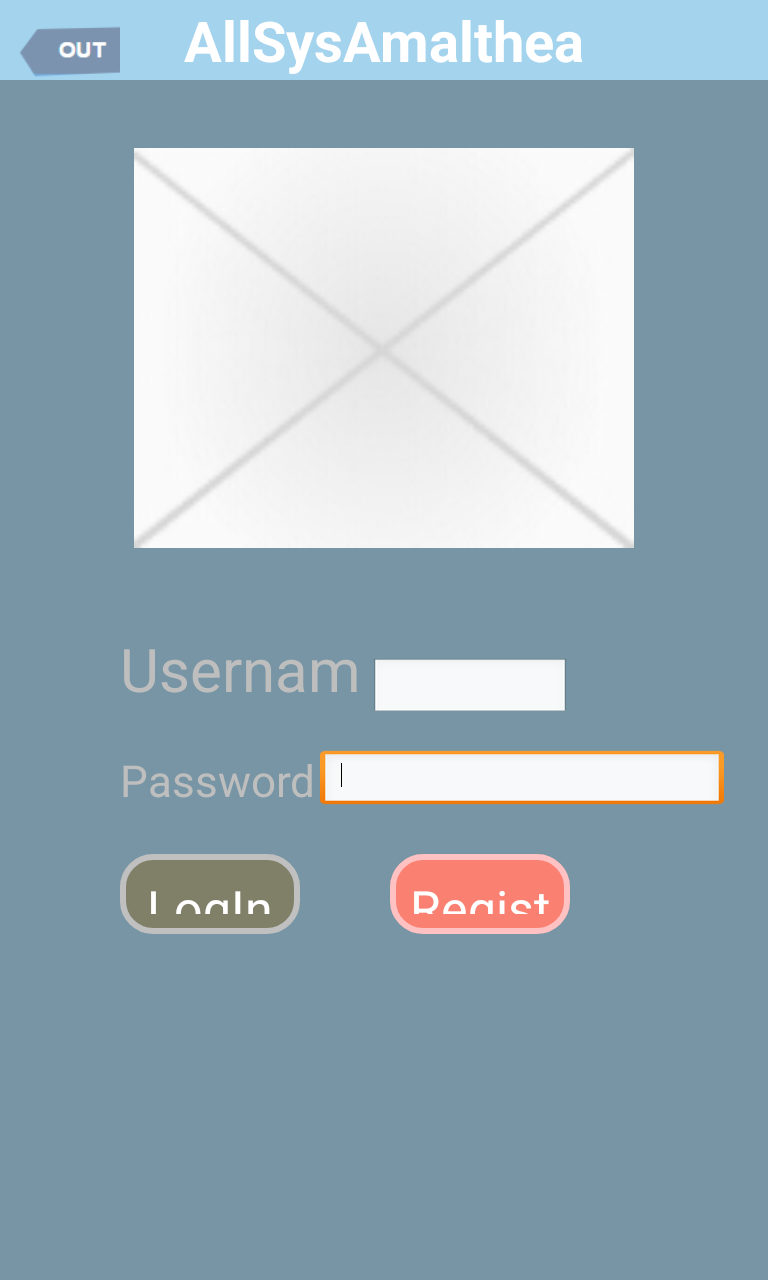
Repository: AllSysAmalthea/AllSys
Layout: APP/AppUI code/代码/Allsys/res/layout/activity_log_in.xml
These files come from the project's save history. The layout is drawn as it stood at one moment and after the next save; the edit follows.
It is drawn on a 768 x 1280 px phone screen (xhdpi) without system bars, with theme android:Theme.NoTitleBar; the app's code is not run.

Above is the layout before, as saved 2015-06-08 02:34:33.

### APP/AppUI code/代码/Allsys/res/layout/activity_log_in.xml
<RelativeLayout xmlns:android="http://schemas.android.com/apk/res/android"
    xmlns:tools="http://schemas.android.com/tools"
    android:layout_width="match_parent"
    android:layout_height="wrap_content"
    android:layout_gravity="center_horizontal"
    android:background="@drawable/back"
    android:gravity="top"
    tools:context=".LogInActivity" >

    <AbsoluteLayout
        android:id="@+id/linearLayout1"
        android:layout_width="fill_parent"
        android:layout_height="wrap_content"
        android:orientation="horizontal" >

        <TextView
            android:id="@+id/header_text"
            android:layout_width="fill_parent"
            android:layout_height="80px"
            android:layout_x="0px"
        	android:layout_y="0px"
            android:gravity="center"
            android:singleLine="true"
            android:text="AllSysAmalthea"
            android:background="#A4D3EE"
            android:textColor="#ffffff"
            android:textSize="28sp"
            android:textStyle="bold" />

        <ImageButton
            android:id="@+id/header_left_btn"
            android:layout_width="100px"
            android:layout_height="80px"
            android:layout_x="10dp"
            android:layout_y="4dp"
            android:background="@drawable/pic1" />

    </AbsoluteLayout>

    <TextView
        android:id="@+id/textView1"
        android:layout_width="250px"
        android:layout_height="90px"
        android:layout_alignParentLeft="true"
        android:layout_below="@+id/myImageView1"
        android:layout_marginLeft="60dp"
        android:layout_marginTop="40dp"
        android:text="Username"
        android:textSize="30sp" />

    <EditText
        android:id="@+id/Username"
        android:layout_width="200px"
        android:layout_height="60px"
        android:layout_above="@+id/textView2"
        android:layout_toRightOf="@+id/textView1"
        android:ems="10"
        android:inputType="textPersonName"
        android:textSize="22sp" />

    <TextView
        android:id="@+id/textView2"
        android:layout_width="200px"
        android:layout_height="60px"
        android:layout_alignLeft="@+id/textView1"
        android:layout_below="@+id/textView1"
        android:layout_marginTop="16dp"
        android:text="Password"
        android:textSize="22sp" />

    <EditText
        android:id="@+id/Password"
        android:layout_width="200px"
        android:layout_height="60px"
        android:layout_alignParentRight="true"
        android:layout_alignTop="@+id/textView2"
        android:layout_marginRight="22dp"
        android:layout_toRightOf="@+id/textView2"
        android:ems="10"
        android:inputType="textPassword"
        android:textSize="22sp" >

        <requestFocus />
    </EditText>

    <Button
        android:id="@+id/Login"
        android:layout_width="180px"
        android:layout_height="80px"
        android:layout_alignLeft="@+id/textView2"
        android:layout_below="@+id/textView2"
        android:layout_marginTop="22dp"
        android:background="@drawable/shape"
        android:text="LogIn"
        android:textColor="#ffffff"
        android:textSize="25sp" />

    <Button
        android:id="@+id/Register"
        android:layout_width="180px"
        android:layout_height="80px"
        android:layout_alignBaseline="@+id/Login"
        android:layout_alignBottom="@+id/Login"
        android:layout_alignRight="@+id/Username"
        android:background="@drawable/shape2"
        android:text="Register"
        android:textColor="#ffffff"
        android:textSize="25sp" />

    <ImageView
        android:id="@+id/myImageView1"
        android:layout_width="500px"
        android:layout_height="400px"
        android:layout_below="@+id/linearLayout1"
        android:layout_centerHorizontal="true"
        android:layout_marginTop="30dp"
        android:background="@drawable/news" />

</RelativeLayout>

### APP/AppUI code/代码/Allsys/res/drawable-mdpi/shape.xml
<?xml version="1.0" encoding="utf-8"?>
<shape xmlns:android="http://schemas.android.com/apk/res/android"
    android:shape="rectangle" >

    <!-- 填充的颜色：这里设置背景透明 -->
    <solid android:color="#808069" />
    <!-- 边框的颜色 ：不能和窗口背景色一样-->
    <stroke
        android:width="3dp"
        android:color="#C0C0C0" />
    <!-- 设置按钮的四个角为弧形 -->
    <!-- android:radius 弧形的半径 -->
    <corners android:radius="15dip" />

    <!-- padding：Button里面的文字与Button边界的间隔 -->
    <padding
        android:bottom="10dp"
        android:left="10dp"
        android:right="10dp"
        android:top="10dp" />

</shape>

### APP/AppUI code/代码/Allsys/res/drawable-mdpi/shape2.xml
<?xml version="1.0" encoding="utf-8"?>
<shape xmlns:android="http://schemas.android.com/apk/res/android"
    android:shape="rectangle" >

    <!-- 填充的颜色：这里设置背景透明 -->
    <solid android:color="#fa8072" />
    <!-- 边框的颜色 ：不能和窗口背景色一样-->
    <stroke
        android:width="3dp"
        android:color="#FFC1C1" />
    <!-- 设置按钮的四个角为弧形 -->
    <!-- android:radius 弧形的半径 -->
    <corners android:radius="15dip" />

    <!-- padding：Button里面的文字与Button边界的间隔 -->
    <padding
        android:bottom="10dp"
        android:left="10dp"
        android:right="10dp"
        android:top="10dp" />

</shape>

After the next save:
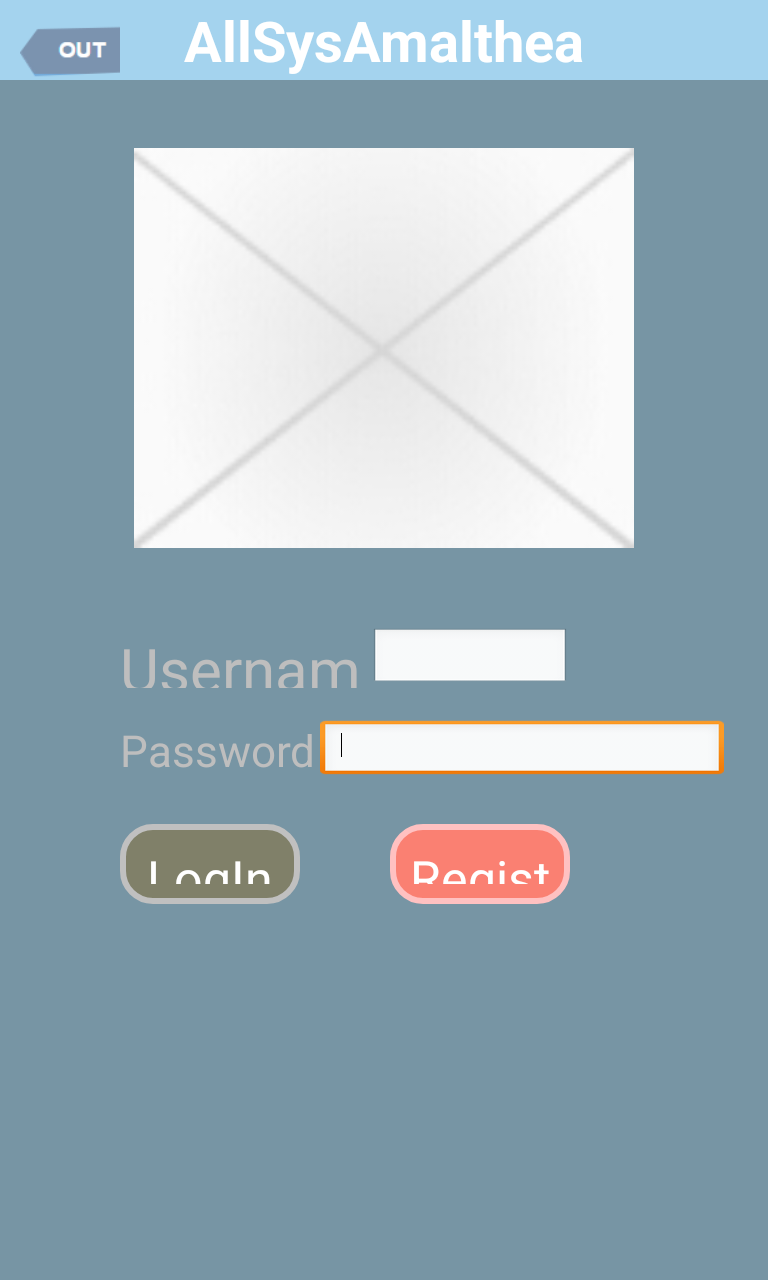
Saved 18 s later.
--- a/APP/AppUI code/代码/Allsys/res/layout/activity_log_in.xml
+++ b/APP/AppUI code/代码/Allsys/res/layout/activity_log_in.xml
@@ -40,7 +40,7 @@
     <TextView
         android:id="@+id/textView1"
         android:layout_width="250px"
-        android:layout_height="90px"
+        android:layout_height="60px"
         android:layout_alignParentLeft="true"
         android:layout_below="@+id/myImageView1"
         android:layout_marginLeft="60dp"
